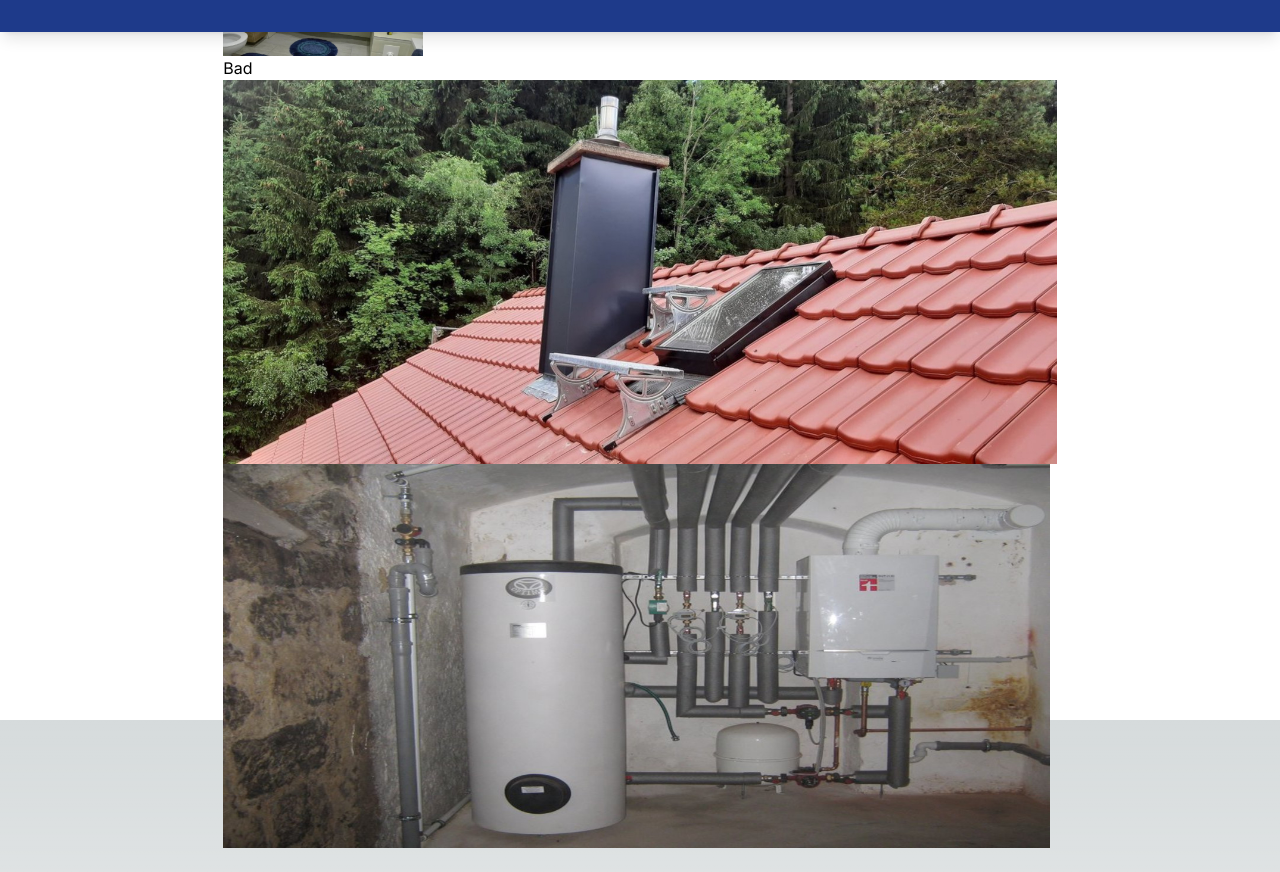
Repository: LorenMucha/firma-andreas-mucha
Page: /
These files come from the project's save history. The page is drawn as it stood at one moment and after a run of saves; the edit follows.
The browser window is 1280 px wide. The pictures show the whole page.
The project was rebuilt for these pictures with package versions that can differ from the ones it lists, and the page was loaded fresh each time. The framework's server and built-in components were replaced by stand-ins that run in the browser. Also part of the build but not shown: next.config.mjs.

Above is the page before, as saved 2024-04-15 16:03:31.

### src/app/layout.tsx
import type { Metadata } from "next";
import { Inter } from "next/font/google";
import "./globals.css";

const inter = Inter({ subsets: ["latin"] });

export const metadata: Metadata = {
  title: "Firma Andreas Mucha",
  description: "Generated by create next app",
};

export default function RootLayout({
  children,
}: Readonly<{
  children: React.ReactNode;
}>) {
  return (
    <html lang="de" suppressHydrationWarning={true}>
      <body className={inter.className}>{children}</body>
    </html>
  );
}

### src/app/page.tsx
"use client";
import Intro from "./components/Intro";
import Navbar from "./components/Navbar";

export default function Home() {
  return (
    <main className="flex min-h-screen flex-col items-center justify-between">
      <Navbar />
      <Intro />
    </main>)
}

### src/app/globals.css
@tailwind base;
@tailwind components;
@tailwind utilities;

@import '@coreui/coreui/dist/css/coreui.min.css';

:root {
  --foreground-rgb: 0, 0, 0;
  --background-start-rgb: 214, 219, 220;
  --background-end-rgb: 255, 255, 255;
}

@media (prefers-color-scheme: dark) {
  :root {
    --foreground-rgb: 255, 255, 255;
    --background-start-rgb: 0, 0, 0;
    --background-end-rgb: 0, 0, 0;
  }
}

body {
  color: rgb(var(--foreground-rgb));
  background: linear-gradient(to bottom,
      transparent,
      rgb(var(--background-end-rgb))) rgb(var(--background-start-rgb));
}

@layer utilities {
  .text-balance {
    text-wrap: balance;
  }
}

### src/app/components/Intro.tsx
import { CCarousel, CCarouselItem, CImage } from "@coreui/react"

const Intro = (): React.JSX.Element =>
    <div className="w-screen h-screen flex flex-col justify-center items-center bg-white p-10">
        <div className="font-extrabold text-8xl text-black w-100">Firma Andreas Mucha</div>
        <div className="mt-5">
            <CCarousel controls indicators>
                <CCarouselItem>
                    <CImage width={200} height={200} src="/images/bad.jpg" alt="slide 1" />
                    <div className="text-black">Bad</div>
                </CCarouselItem>
                <CCarouselItem>
                    <CImage className="object-cover w-100 h-96" src="/images/dach.jpg" alt="slide 2" />
                </CCarouselItem>
                <CCarouselItem>
                    <CImage className="object-cover w-100 h-96" src="/images/heizung.JPG" alt="slide 3" />
                </CCarouselItem>
            </CCarousel>
        </div>
    </div>

export default Intro

### src/app/components/Navbar.tsx
const Navbar = (): React.JSX.Element =>
    <nav className="shadow-lg fixed w-screen top-0 z-10 px-3 bg-blue-900">
        <div className="max-w-6xl mx-auto">
            <div className="flex justify-between">
                <div className="inline-flex justify-center md:p-4 mb-1 mt-1 md:mt-0 md:mb-0">
                    <a>
                        <span className="font-semibold md:text-l"></span>
                    </a>
                </div>
            </div>
        </div>
    </nav>

export default Navbar

Loaded but not shown: tailwind.config.ts (common file)

After the next 2 saves:
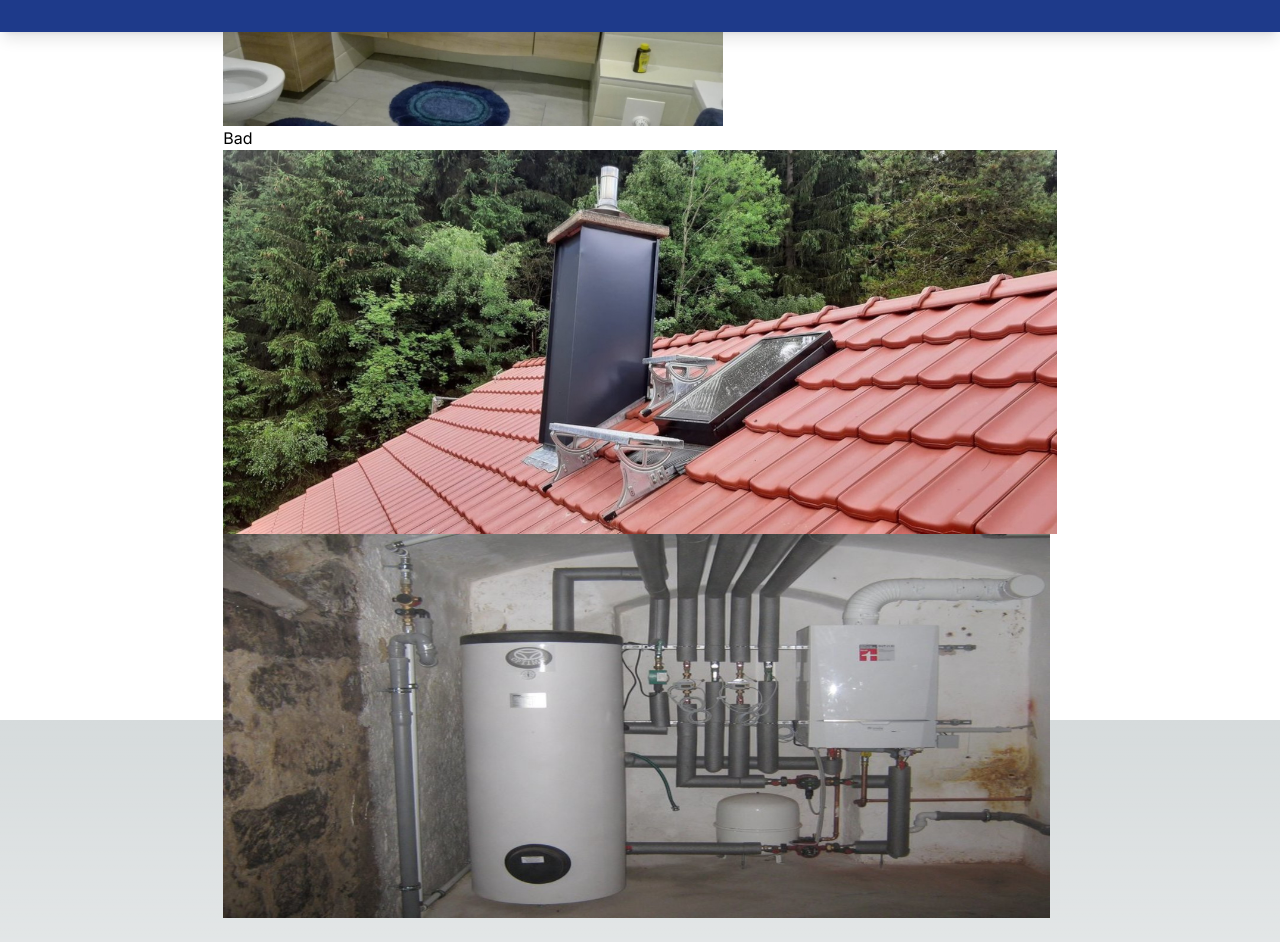
The 2 saves are shown as one change because they came seconds apart.
The last was saved 27 s later.
--- a/src/app/components/Intro.tsx
+++ b/src/app/components/Intro.tsx
@@ -6,7 +6,7 @@
         <div className="mt-5">
             <CCarousel controls indicators>
                 <CCarouselItem>
-                    <CImage width={200} height={200} src="/images/bad.jpg" alt="slide 1" />
+                    <CImage width={500} height={500} src="/images/bad.jpg" alt="slide 1" />
                     <div className="text-black">Bad</div>
                 </CCarouselItem>
                 <CCarouselItem>
